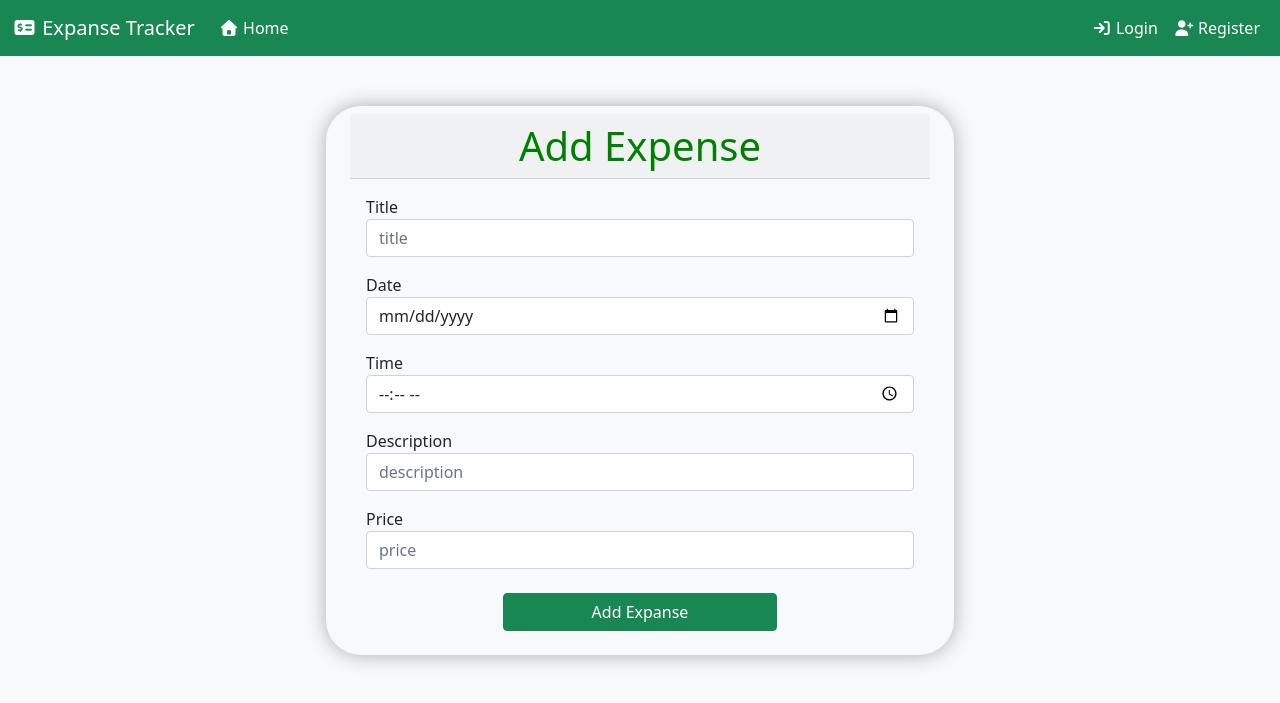
Repository: Hashim-Ansari-82/Java_Project
Page: http://localhost/Online_Expanse_Tracker/user/add_expense.jsp
An editor plug-in stored every save of this project. The page is shown before and after the next save, followed by the edit.
The browser window is 1280 px wide. The pictures show the whole page.
Some web libraries are served in a nearby version. The page is served by Tomcat 9.

Above is the page before, as saved 2026-05-26 12:51:28.

After the next save:
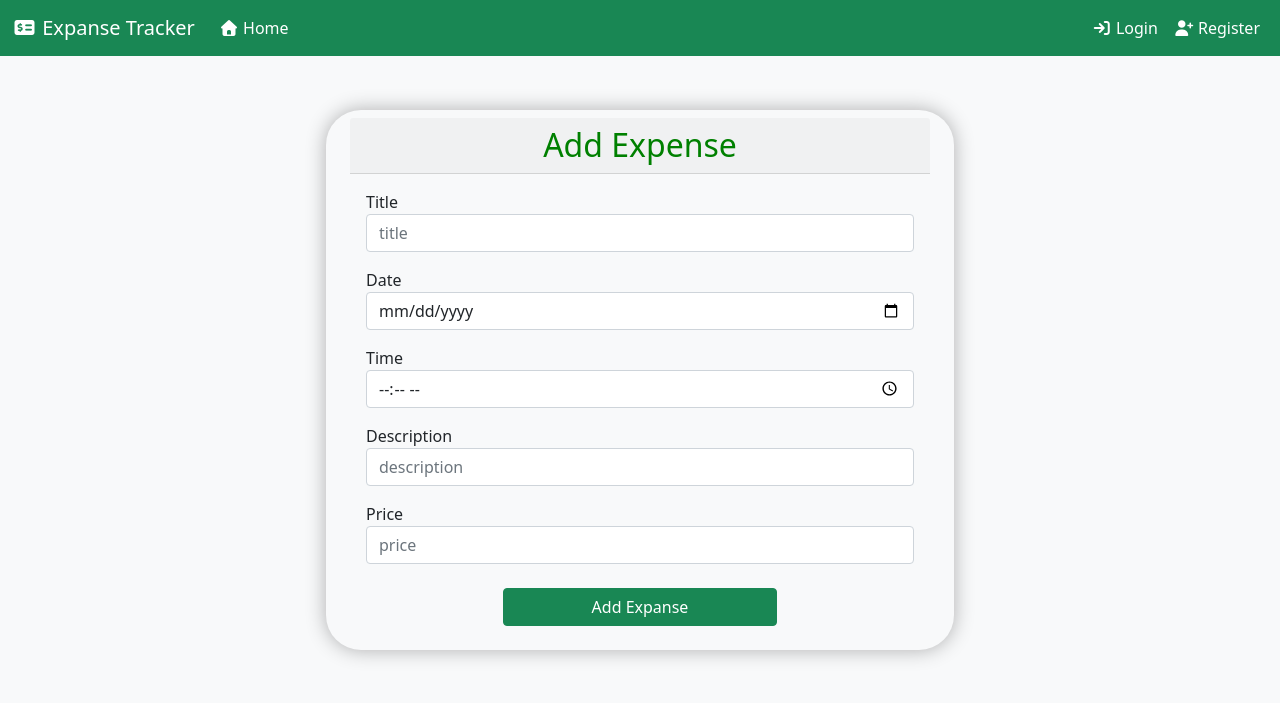
Saved 88 s later.
--- a/Online_Expanse_Tracker/src/main/webapp/user/add_expense.jsp
+++ b/Online_Expanse_Tracker/src/main/webapp/user/add_expense.jsp
@@ -23,8 +23,8 @@
 
 		<div class="card-sh py-2 px-4 row"
 			style="width: 50%; border-radius: 35px;">
-			<h1 class="text-center card-header" ; style="color: green">Add
-				Expense</h1>
+			<h2 class="text-center card-header" ; style="color: green">Add
+				Expense</h2>
 			<c:if test="${not empty msg }">
 				<p class="text-center text-blue">${msg}</p>
 				<c:remove var="msg" />
